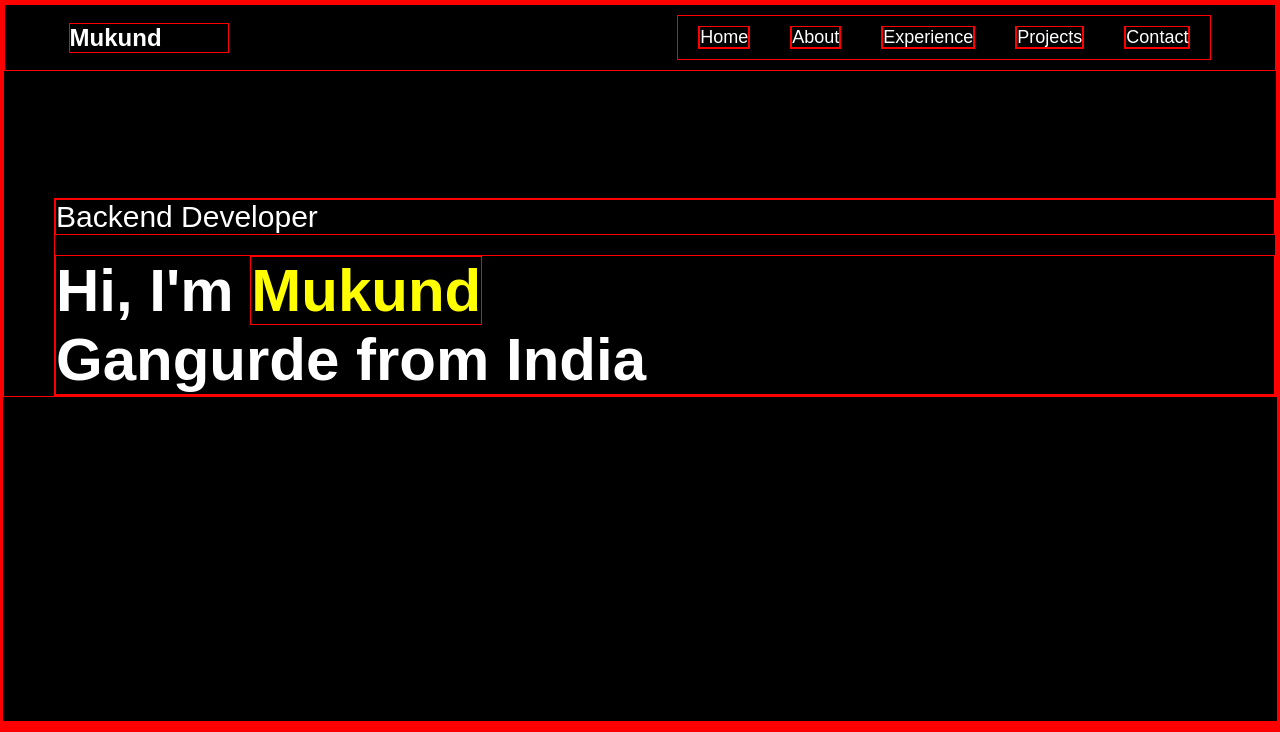
Repository: mukundgangurde/expense-tracker
Page: index.html
An editor plug-in stored every save of this project. The page is shown before and after the next save, followed by the edit.
The browser window is 1280 px wide. The pictures show the whole page.

Above is the page before, as saved 2025-11-02 19:09:31.

After the next save:
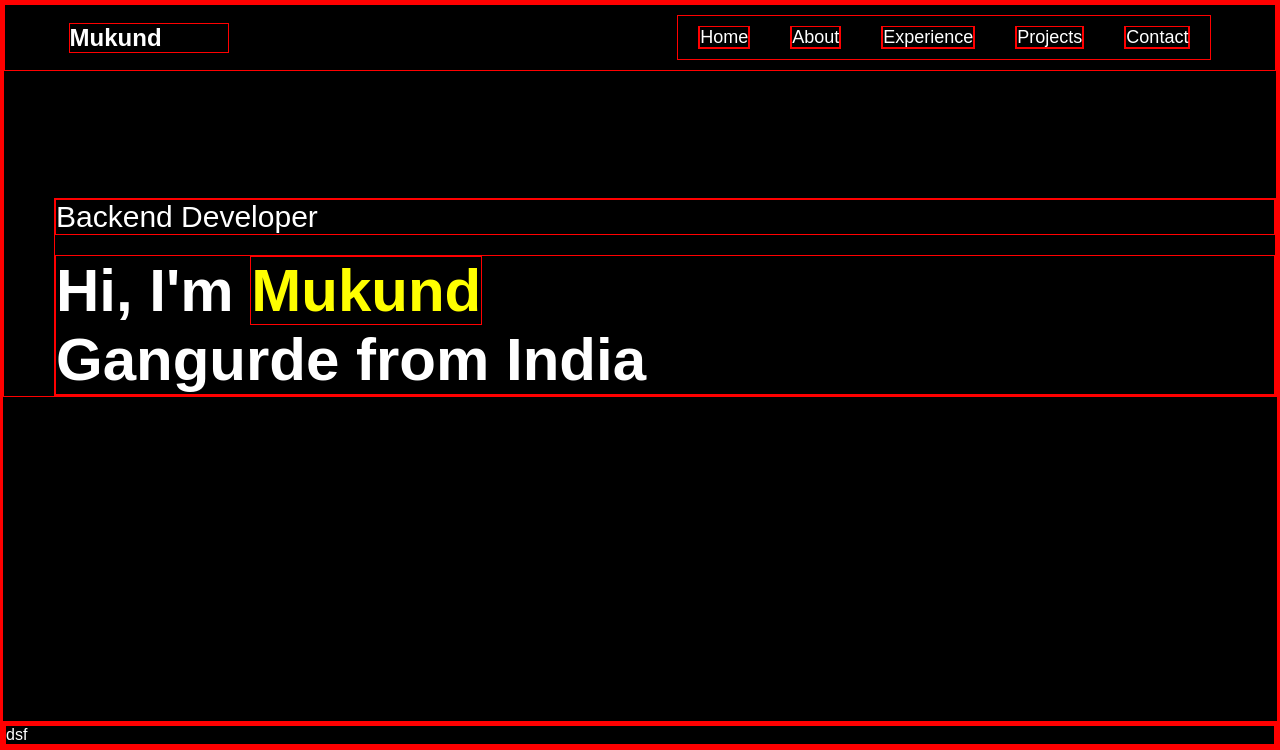
Saved 4 min 47 s later.
--- a/index.html
+++ b/index.html
@@ -36,7 +36,7 @@
   <div id="about">
     <div id="container">
       <div class="row">
-        <div class="about-col-1"></div>
+        <div class="about-col-1">dsf</div>
       </div>
     </div>
   </div>
